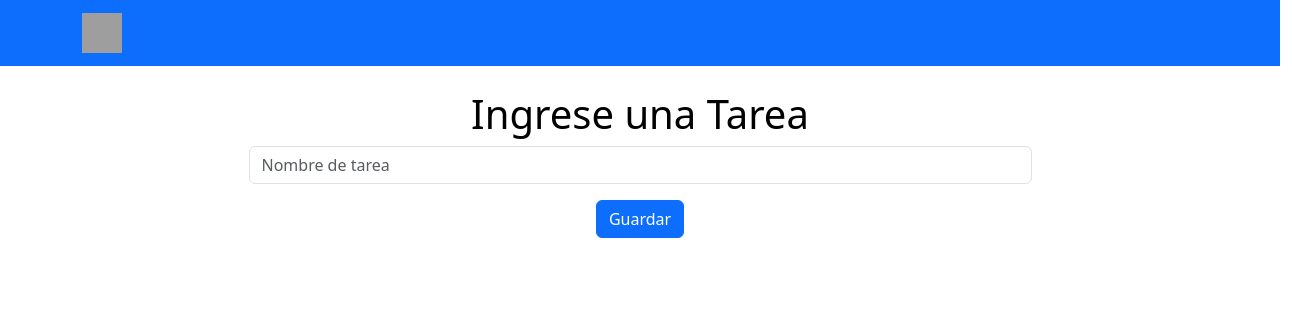
Repository: mgarrido0gb/registroTareas
Page: http://localhost/Tareas/Home
An editor plug-in stored every save of this project. The page is shown before and after the next save, followed by the edit.
The browser window is 1280 px wide. The page is 1292 px wide, so the pictures cover 1292 px, including what lies to the right of the window. The pictures show the whole page.
Pictures or frames that could not be fetched are drawn as grey boxes. The page is served by Tomcat 10. Queries for data that is not in the repository find no rows.

Above is the page before, as saved 2024-05-21 17:07:25.

After the next save:
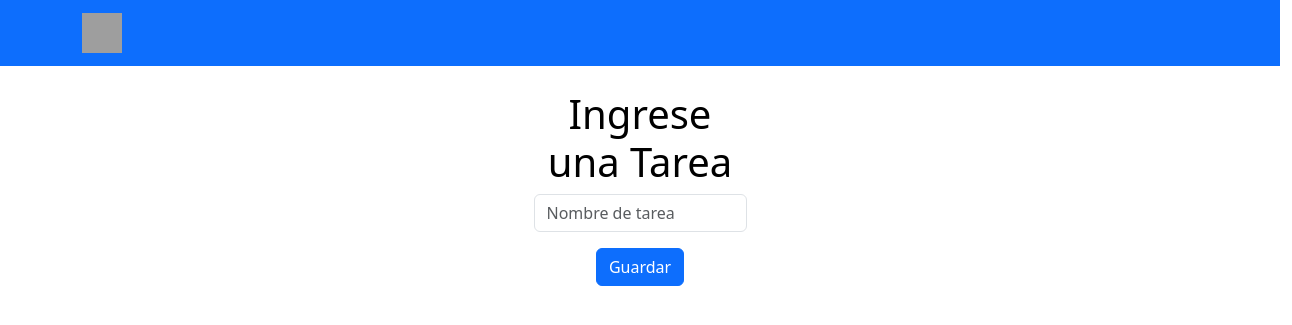
Saved 10 s later.
--- a/Tareas/src/main/webapp/WEB-INF/home.jsp
+++ b/Tareas/src/main/webapp/WEB-INF/home.jsp
@@ -43,7 +43,7 @@
 
     <div class="container">
     	<div class="row justify-content-center">
-        	<div class="col-12 col-md-9 col-lg-9">
+        	<div class="col-12 col-md-9 col-lg-3">
             	<form action="/Tareas/Home" method="post">
                 	<div class="p-4">
                     	<h1 class="text-center">Ingrese una Tarea</h1>
